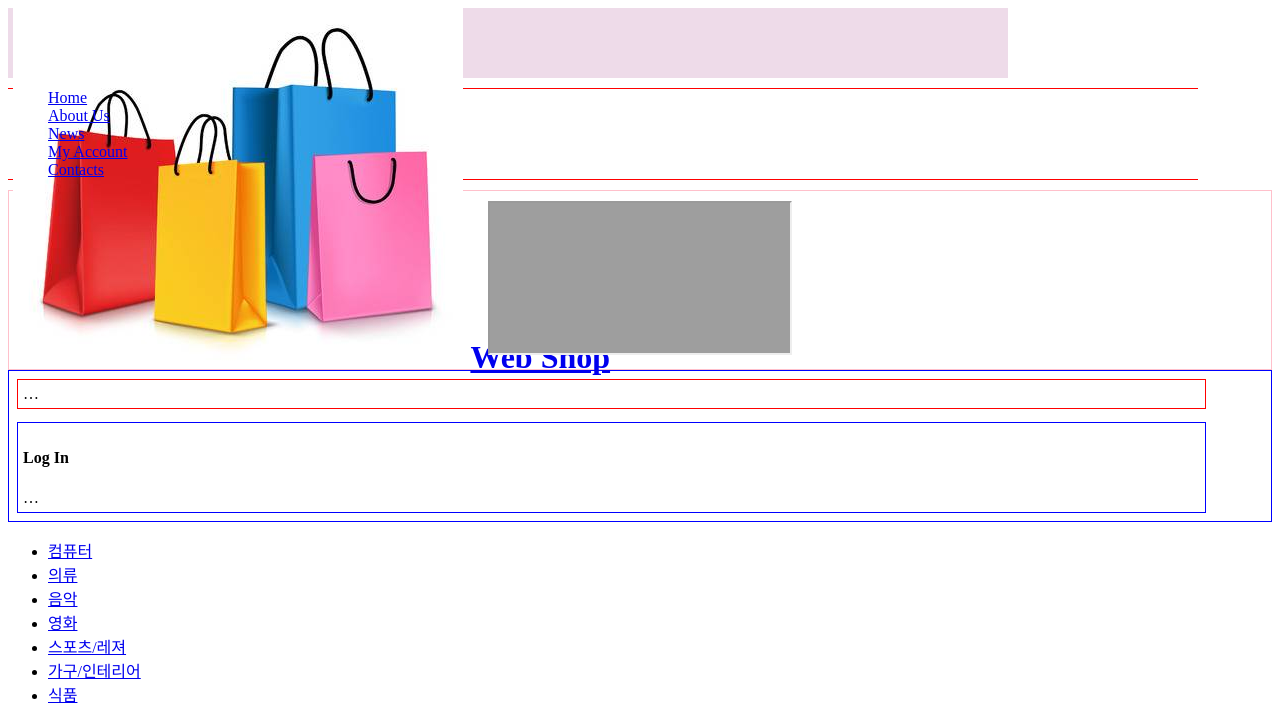
Repository: solsol7/ddit-html
Page: webpro/WebContent/work/html/webShop.html
These files come from the project's save history. The page is drawn as it stood at one moment and after the next save; the edit follows.
The browser window is 1280 px wide. The pictures show the whole page.
Pictures or frames that could not be fetched are drawn as grey boxes.

Above is the page before, as saved 2023-07-03 11:42:42.

After the next save:
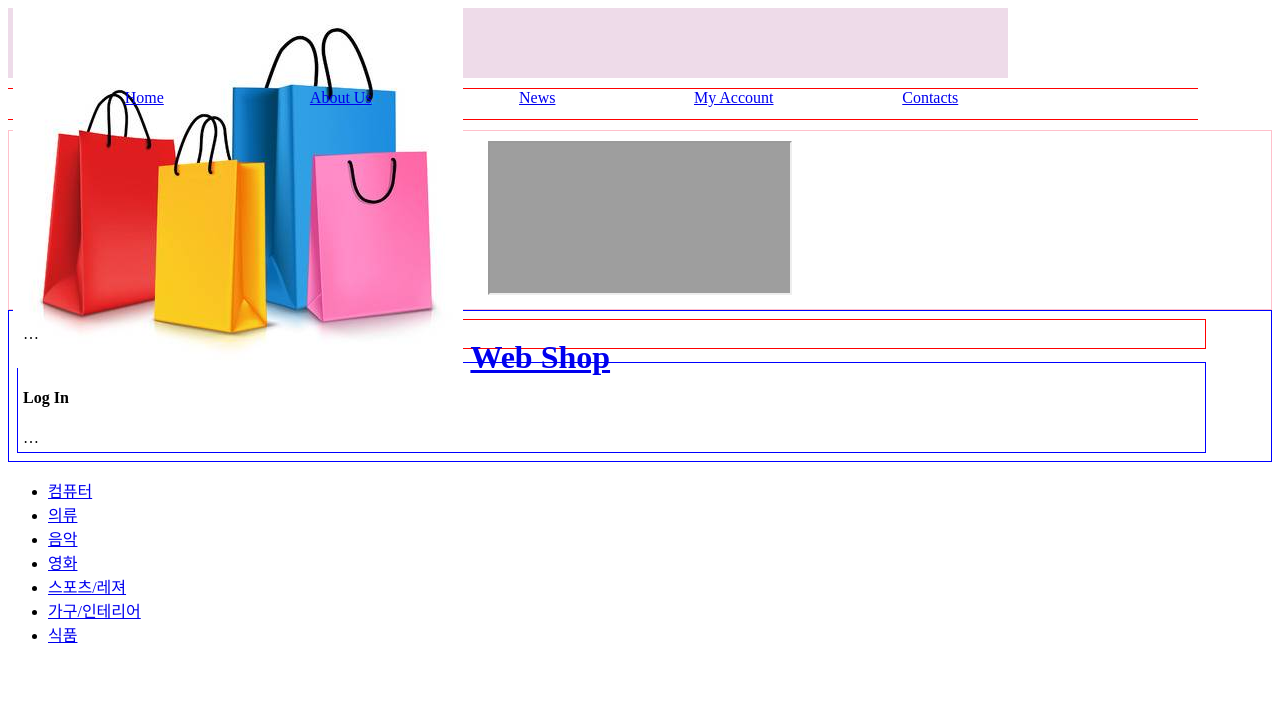
Saved 7 min 6 s later.
--- a/webpro/WebContent/work/html/webShop.html
+++ b/webpro/WebContent/work/html/webShop.html
@@ -15,11 +15,11 @@
 
  <nav>
         <ul id="nav">
-            <li><a href="webShop.html">Home</a></li>
-            <li><a href="webShop.html">About Us</a></li>
-            <li><a href="webShop.html">News</a></li>
-            <li><a href="webShop.html">My Account</a></li>
-            <li><a href="webShop.html">Contacts</a></li>
+            <li class="navL"><a href="webShop.html">Home</a></li>
+            <li class="navL"><a href="webShop.html">About Us</a></li>
+            <li class="navL"><a href="webShop.html">News</a></li>
+            <li class="navL"><a href="webShop.html">My Account</a></li>
+            <li class="navL"><a href="webShop.html">Contacts</a></li>
         </ul>
  </nav>
 
